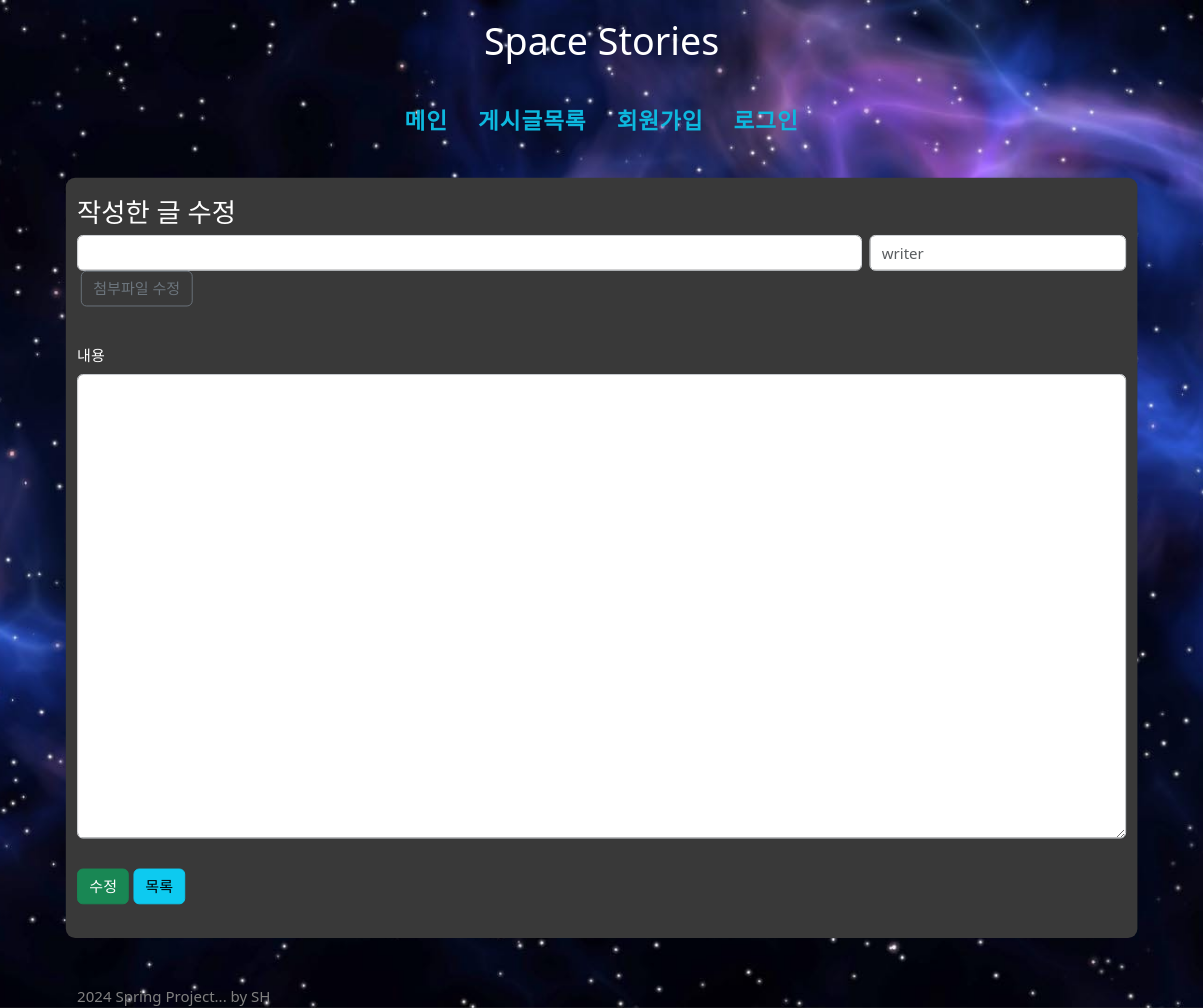
Repository: dtkd19/spring_personal_project
Page: http://localhost/myproject/WEB-INF/views/board/modify.jsp
These files come from the project's save history. The page is drawn as it stood at one moment and after the next save; the edit follows.
The browser window is 1280 px wide. The pictures show the whole page, at 94% of full size.
The page is served by Tomcat 9. Nobody is signed in. Other server files are loaded and not shown. The template is opened directly, without the code that normally fills it, so the values that code supplies are empty.

Above is the page before, as saved 2024-11-11 05:50:51.

### myproject/src/main/webapp/WEB-INF/views/board/modify.jsp
<%@ page language="java" contentType="text/html; charset=UTF-8"
	pageEncoding="UTF-8"%>
<%@ taglib uri="http://java.sun.com/jsp/jstl/core" prefix="c"%>

<link href="../resources/css/register.css" rel="stylesheet"/>

<jsp:include page="../layout/header.jsp" />

<div class="container-md cBox2">
	<h3>작성한 글 수정</h3>
	<c:set value="${bdto.bvo }" var="bvo"></c:set>
	<form action="/board/modify" method="post" enctype="multipart/form-data">
	<input type="hidden" name="bno" value="${bvo.bno }">
		<div class="row g-2">
			<div class="col-sm-9">
				<input type="text" class="form-control" id="t" name="title" value="${bvo.title }"
					>
			</div>
			<div class="col-sm">
				<input type="text" class="form-control" id="w" name="writer"
					placeholder="writer" value="${bvo.writer }" readonly="readonly">
			</div>
		</div>
		<div class="mb-3">
			<label for="file" class="form-label"></label>
			<input type="file" class="form-control" id="file" name="files" multiple="multiple" style="display:none">
			<button type="button" class="btn btn-outline-secondary" id="trigger">첨부파일 수정</button>
			<span id="fileZone"></span>
		</div>
		<div class="mb-3">
			<br> <label for="c" class="form-label">내용</label>
			<textarea class="form-control" id="c" rows="20" cols="5"
				name="content" >${bvo.content }</textarea>
		</div>
		<c:set value="${bdto.flist }" var="flist"></c:set>
		<div class="mb-3">
			<ul class="list-group list-group-flush">
				<!-- 파일의 개수만큼 li를 반복하여 파일 표시 타입이 1인경우만 그림을 표시 -->
				<c:forEach items="${flist }" var="fvo">
					 <li class="list-group-item">
				  		<c:choose>
				  			<c:when test="${fvo.fileType > 0 }">
				  				<div>
				  					<img alt="" src="/upload/${fvo.saveDir }/${fvo.uuid}_${fvo.fileName}">
				  				</div>
				  			</c:when>
				  				<c:otherwise>
					  				<!-- 일반파일 : 아이콘 하나 가져와서 다운로드 가능하게 생성 -->
					  				<a href="/upload/${fvo.saveDir }/${fvo.uuid}_${fvo.fileName}" download="${fvo.fileName}">
					  				<svg xmlns="http://www.w3.org/2000/svg" width="24" height="24" fill="currentColor" class="bi bi-file-arrow-down" viewBox="0 0 16 16">
									  <path d="M8 5a.5.5 0 0 1 .5.5v3.793l1.146-1.147a.5.5 0 0 1 .708.708l-2 2a.5.5 0 0 1-.708 0l-2-2a.5.5 0 1 1 .708-.708L7.5 9.293V5.5A.5.5 0 0 1 8 5"/>
									  <path d="M4 0a2 2 0 0 0-2 2v12a2 2 0 0 0 2 2h8a2 2 0 0 0 2-2V2a2 2 0 0 0-2-2zm0 1h8a1 1 0 0 1 1 1v12a1 1 0 0 1-1 1H4a1 1 0 0 1-1-1V2a1 1 0 0 1 1-1"/>
									</svg>
					  				</a>
					  			</c:otherwise>
				  		</c:choose>
				  		<div class="fw-bold">${fvo.fileName }</div>
				  		<span class="badge text-bg-primary rounded-pill">${fvo.regDate } / ${fvo.fileSize }Bytes</span>
				  		<button type="button" data-uuid="${fvo.uuid }" class="btn btn-outline-danger btn-sm del file-x">X</button>
				 	 </li>
				</c:forEach>
			</ul>
		</div>

		<button type="submit" id="regBtn" class="btn btn-success">수정</button>
		<a href="/board/list"><button type="button" class="btn btn-info">목록</button></a>
	</form>
</div>


<script type="text/javascript" src="/resources/js/boardModify.js"></script>
<script type="text/javascript" src="/resources/js/boardRegister.js"></script>

<jsp:include page="../layout/footer.jsp" />

### myproject/src/main/webapp/resources/css/register.css
@charset "UTF-8";

.fBtn{
	margin-top: 10px;
	margin-bottom: 20px;
}
.fileZone{
	border-radius: 15px;
}

.cBox2{
	background-color: #393939;
	padding : 20px;
	border-radius: 10px;
}

### myproject/src/main/webapp/resources/css/header.css
@charset "UTF-8";

body{
	background-image: url("../image/123123123.jpg");
    background-size: cover;
    background-position: center center;
    background-repeat: no-repeat;

.nbar{
	width : 100%;
	color: #ECF0F5;
}

.nbar a{
	  color: #0DB8DE;
	  text-decoration: none;
	  font-weight: bold;
	  letter-spacing: 1px;
	  transition: color 0.3s ease;
	  margin-top: 10px;
}
.nbar a:hover {
    color: #0098C;
}

.container-md{
	margin-top: 30px;
	color: white;
}

.pj{
	padding: 20px;
	color: white;
}

### myproject/src/main/webapp/resources/js/boardModify.js
console.log("boardModfiy.js in !!")
document.addEventListener('click', (e) => {
    if(e.target.classList.contains('file-x')){
        let button = e.target.closest('button');
        let uuid = button.dataset.uuid;
        let li = e.target.closest('li');
        console.log(button);
        console.log(uuid);
        console.log(li);

        removeFileToServer(uuid).then(result => {
            if(result == '1'){
                li.remove();
                alert("파일 삭제 성공");
            } else{
                alert("파일 삭제 실패");
            }
        })


    }
})

async function removeFileToServer(uuid) {
    try {
        const url = ("/board/file/"+ uuid)
        const config = {
            method : 'delete'
        }
        const resp = await fetch(url, config);
        const result = await resp.text();
        return result;

    } catch (error) {
        console.log(error);
    }
}

### myproject/src/main/webapp/resources/js/boardRegister.js
console.log("boardRegister.js.in");

document.getElementById('trigger').addEventListener('click', () => {
    document.getElementById('file').click();
})

// 실행파일에 대한 정규표현식 작성 / 파일 최대 사이즈 20MB
const regExp = new RegExp("\.(exe|jar|msi|dll|sh|bat)$");
const maxSize = 1024*1024*20;

function fileValidation(fileName, fileSize){
    if(regExp.test(fileName)){
        return 0;
    } else if (fileSize > maxSize){
        return 0;
    } else {
        return 1;
    }
}

document.addEventListener('change', (e) => {
    console.log(e.target);
    if(e.target.id == 'file'){ // 파일창에 변화가 생겼다면..
        // type="file" element에 저장된 file 정보를 가져오는 property files
        const fileObj = document.getElementById('file').files;
        console.log(fileObj);

        // 한번 disabled 되면 혼자 false가 될 수 없기때문에 버튼을 원상복구.
        document.getElementById('regBtn').disabled = false;

        // 내가 등록한 파일 정보를 파일 목록으로 추가
        // 등록한 파일이 fileValidation 에 맞지 않으면 register 버튼을 비활성화
        // 파일 목록에 업로드 불가능이라고 추가 빨간색 폰트추가
        let div = document.getElementById('fileZone');
        div.innerHTML = ""; // 새로 추가되는 목록이 있다면 삭제하고 처리

       // 여러개의 첨부파일이 모두 검증을 통과해야만 register 버튼을 활성화
       // isOk = 1 * 리턴이 0이 하나라도 있으면 => 0  (1부터 시작하는 누적 곱)
       let isOk = 1;
       let ul = ` <ul class="list-group list-group-flush">`
        // 개별 파일에 대한 검증 / 결과 표시
        for(let file of fileObj){
            // 개별 파일에 대한 검증 결과 리턴 변수
            let validResult = fileValidation(file.name, file.size)
            isOk *=  validResult;
            ul +=  `<li class="list-group-item">`;
            ul += `<div class="ms-2 me-auto">`;
            ul += `${validResult ? `<div class="fw-bold text-success-emphasis"></div>` : `<div class="fw-bold text-danger-emphasis">업로드 불가능</div>`}`;
            ul += `${file.name}</div>`;
            ul += `<span class="badge text-bg-${validResult ? 'success' : 'danger'} rounded-pill">${file.size}Bytes</span>`
            ul += `</li>`;
        }
       ul += `</ul>`
       div.innerHTML += ul;
        if(isOk == 0){
            // 하나라도 검증을 통과하지 못한 파일이 있다면... 버튼 비활성화
            document.getElementById('regBtn').disabled = true;
        }


    }
})

Loaded but not shown: myproject/src/main/webapp/WEB-INF/views/layout/header.jsp (common file); myproject/src/main/webapp/WEB-INF/views/layout/footer.jsp (common file)

After the next save:
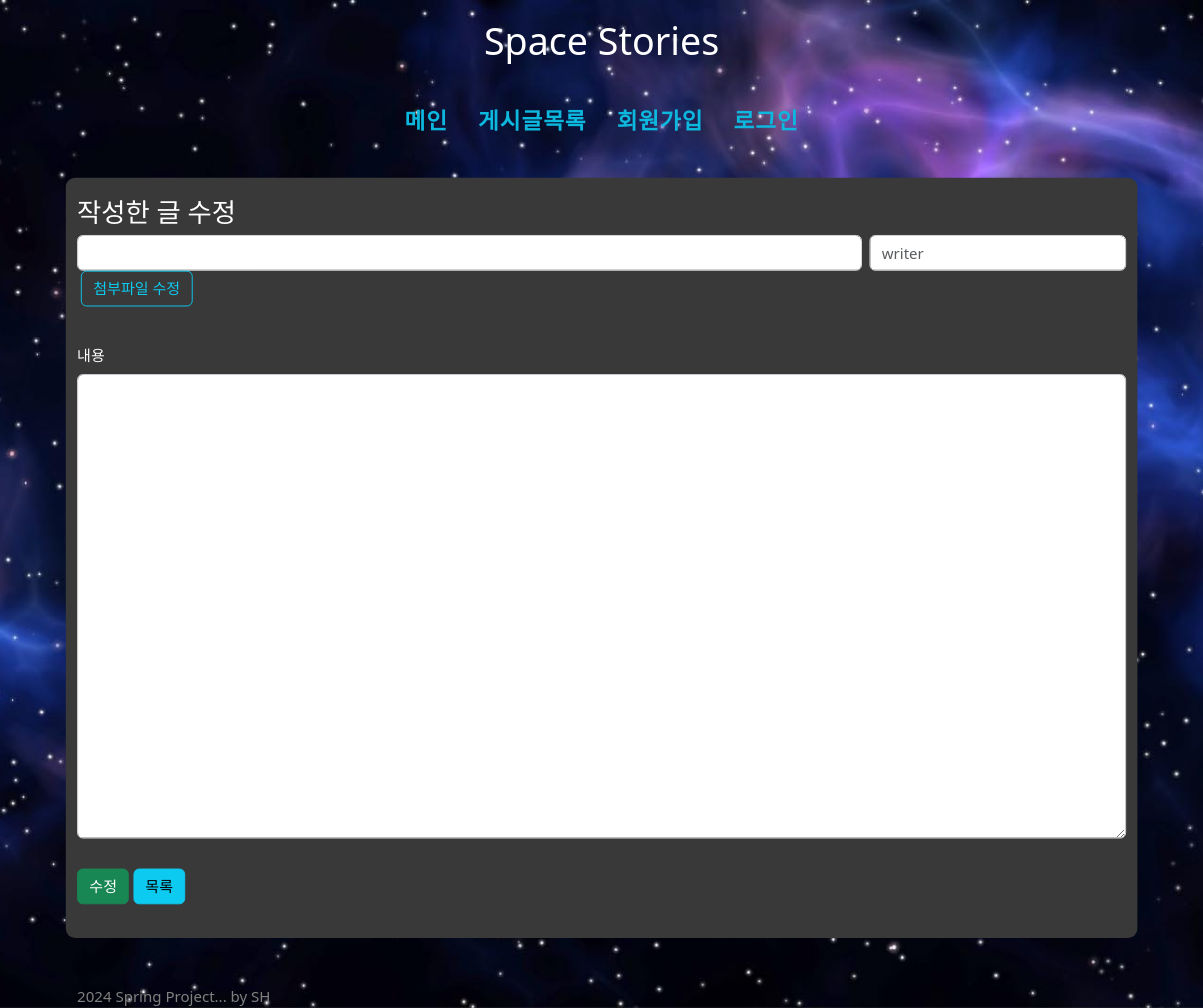
Saved 38 s later.
--- a/myproject/src/main/webapp/WEB-INF/views/board/modify.jsp
+++ b/myproject/src/main/webapp/WEB-INF/views/board/modify.jsp
@@ -24,7 +24,7 @@
 		<div class="mb-3">
 			<label for="file" class="form-label"></label>
 			<input type="file" class="form-control" id="file" name="files" multiple="multiple" style="display:none">
-			<button type="button" class="btn btn-outline-secondary" id="trigger">첨부파일 수정</button>
+			<button type="button" class="btn btn-outline-info" id="trigger">첨부파일 수정</button>
 			<span id="fileZone"></span>
 		</div>
 		<div class="mb-3">
